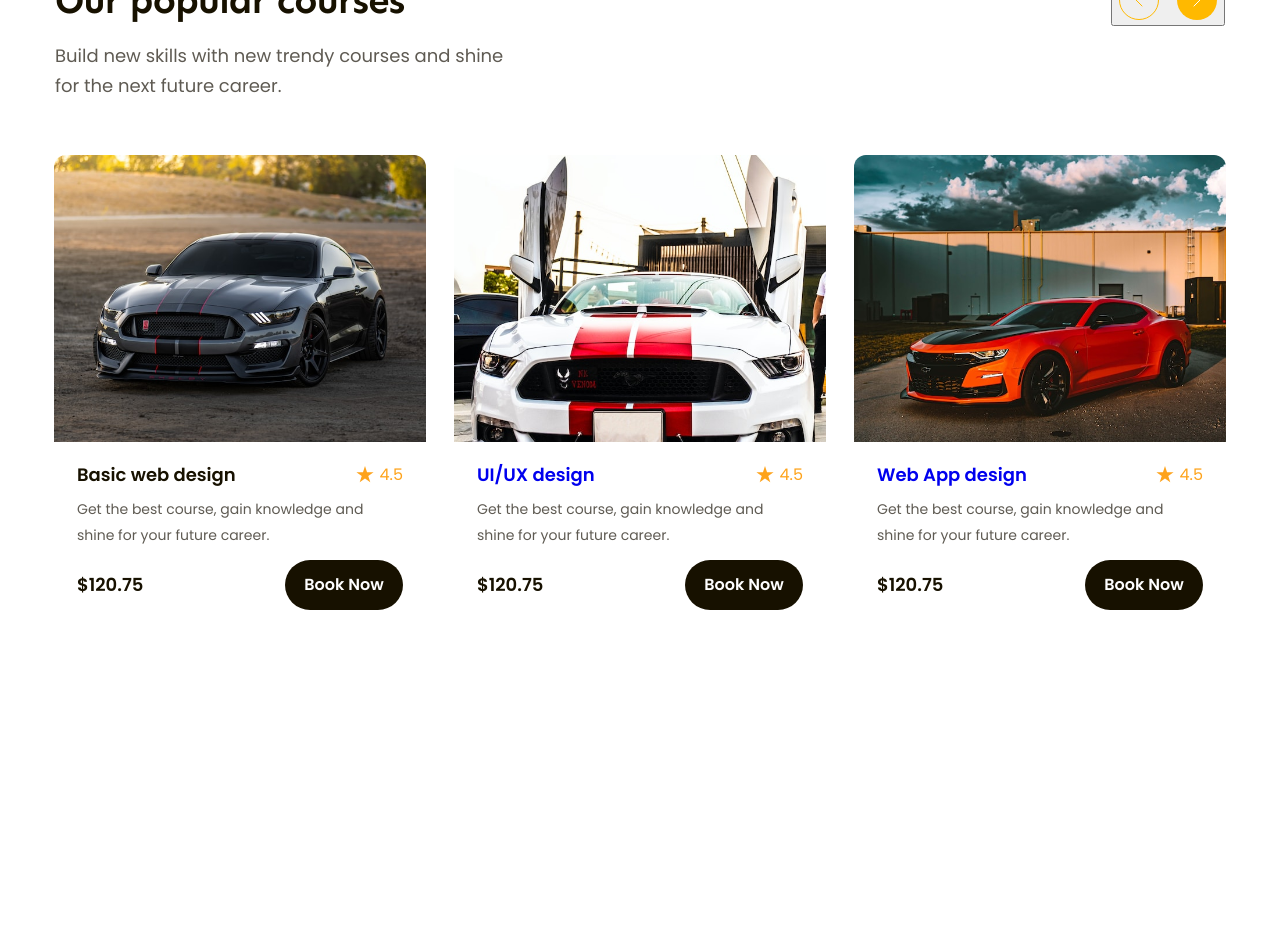
Repository: dongnguyen2112/htmlcss-project-02
Page: index.html
These files come from the project's save history. The page is drawn as it stood at one moment and after a run of saves; the edit follows.
The browser window is 1280 px wide. The pictures show the part of the page from y = 1123 to 2075 px (the page is 5000 px tall).
A picture or video elsewhere on the page could not be fetched, so the positions and the page height are approximate.

Above is the page before, as saved 2023-07-06 13:51:33.

After the next 4 saves:
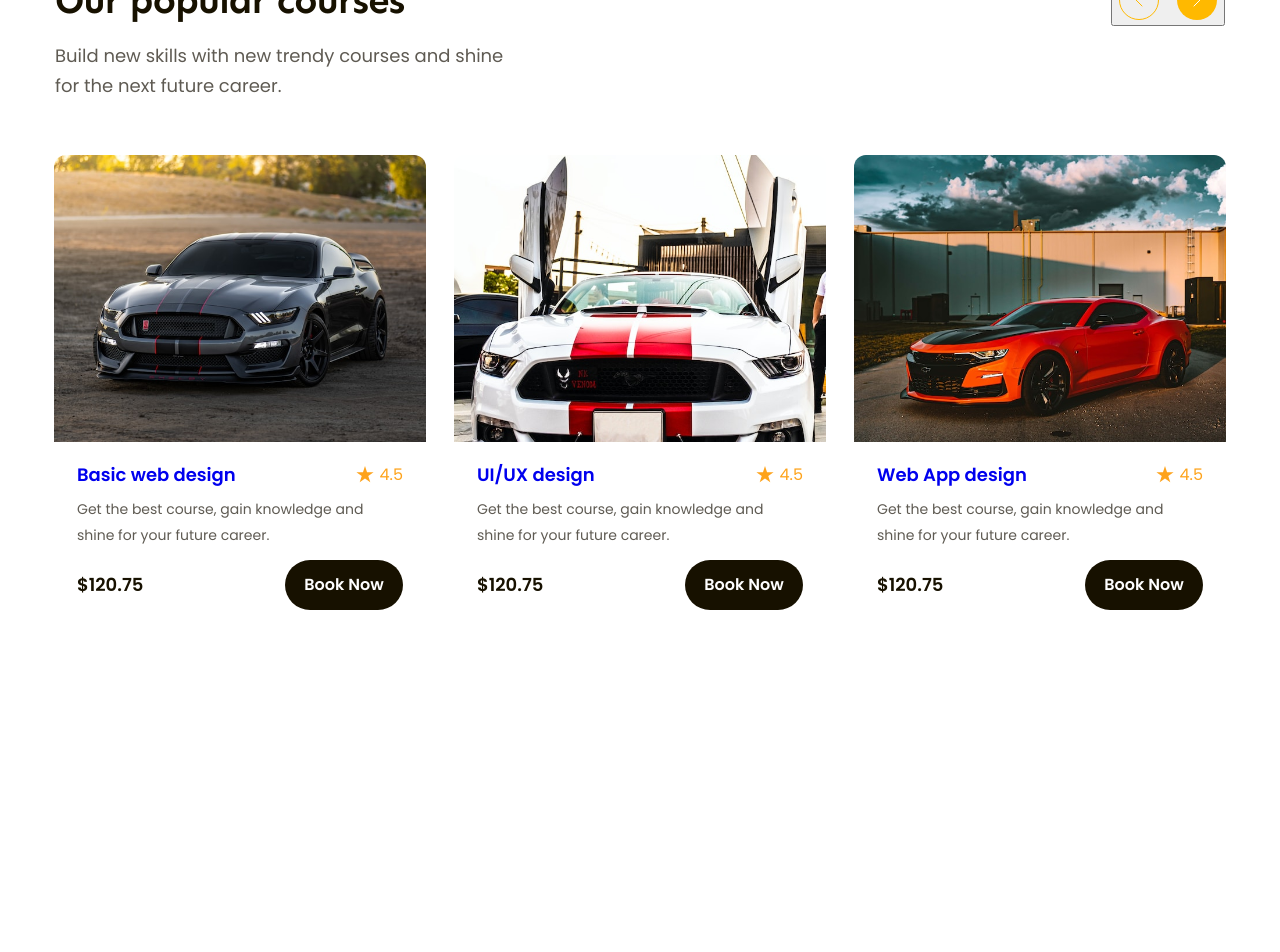
The 4 saves are shown as one change because they came seconds apart.
The last was saved 13 s later.
--- a/index.html
+++ b/index.html
@@ -126,7 +126,7 @@
                            <a href="#!"><img src="./assets/img/course-1.jpg" alt="Basic web design" class="thumb"></a>
                             <div class="info">
                                 <div class="head">
-                                    <h3 class="title">Basic web design</h3>
+                                    <h3 class="title"><a href="#!">Basic web design</a></h3>
                                     <div class="rating">
                                         <img src="./assets/icon/Star.svg" alt="" class="star">
                                         <span class="value">4.5</span>
